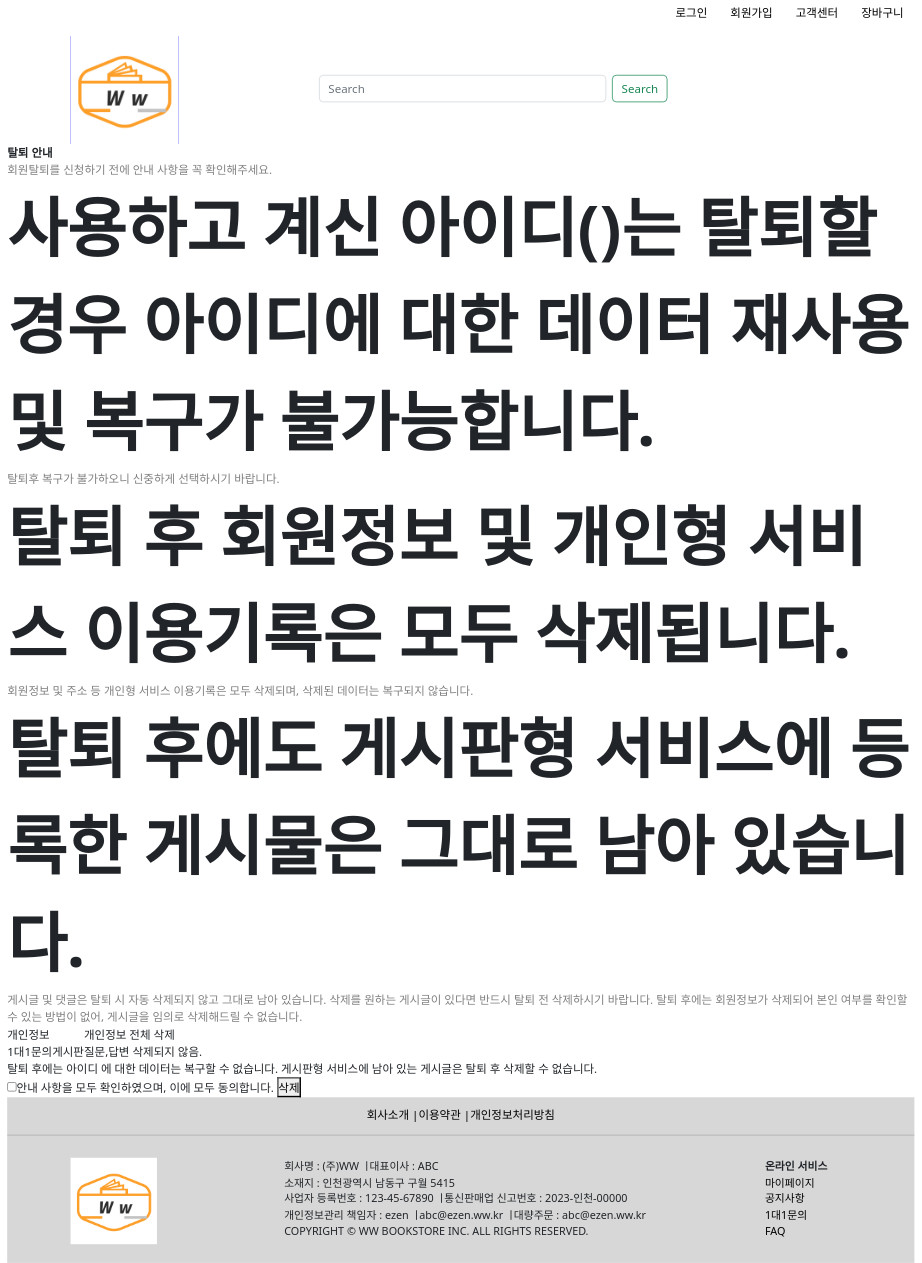
Repository: leehyeonung/project6
Page: http://localhost/book/WEB-INF/views/member/delete.jsp
These files come from the project's save history. The page is drawn as it stood at one moment and after the next save; the edit follows.
The browser window is 1280 px wide. The pictures show the whole page, at 72% of full size.
The page is served by Tomcat 9. Nobody is signed in. Other server files are loaded and not shown. The template is opened directly, without the code that normally fills it, so the values that code supplies are empty.

Above is the page before, as saved 2023-01-06 06:04:34.

### book/src/main/webapp/WEB-INF/views/member/delete.jsp
<%@ page language="java" contentType="text/html; charset=UTF-8"
    pageEncoding="UTF-8"%>
<%@ taglib uri="http://java.sun.com/jsp/jstl/core" prefix="c"%>
<link rel="stylesheet" type="text/css" href="/resources/css/delete.css">

<!DOCTYPE html>
<html>
<head>
<meta charset="UTF-8">
<title>Insert title here</title>
<link rel="stylesheet" type="text/css" href="/resources/css/main.css">
</head>
<body>

<jsp:include page="../layout/header.jsp"></jsp:include>
<div class="main">
<div class="sub">
<strong>
탈퇴 안내
</strong>
</div>
<div class="short">회원탈퇴를 신청하기 전에 안내 사항을 꼭 확인해주세요.</div>
<div class="long">사용하고 계신 아이디(${ses.mem_id})는 탈퇴할 경우 아이디에 대한 데이터 재사용 및 복구가 불가능합니다.</div>
<div class="short">탈퇴후 복구가 불가하오니 신중하게 선택하시기 바랍니다.</div>
<div class="long">탈퇴 후 회원정보 및 개인형 서비스 이용기록은 모두 삭제됩니다.</div>
<div class="short">회원정보 및 주소 등 개인형 서비스 이용기록은 모두 삭제되며, 삭제된 데이터는 복구되지 않습니다.</div>
<div class="long">탈퇴 후에도 게시판형 서비스에 등록한 게시물은 그대로 남아 있습니다.</div>
<div class="short">
게시글 및 댓글은 탈퇴 시 자동 삭제되지 않고 그대로 남아 있습니다.
삭제를 원하는 게시글이 있다면 반드시 탈퇴 전 삭제하시기 바랍니다.
탈퇴 후에는 회원정보가 삭제되어 본인 여부를 확인할 수 있는 방법이 없어, 게시글을 임의로 삭제해드릴 수 없습니다.
</div>
<table>
<tr>
<td>개인정보</td>
<td>개인정보 전체 삭제</td>
</tr>
<tr>
<td>1대1문의게시판</td>
<td>질문,답변 삭제되지 않음.</td>
</tr>
</table>
탈퇴 후에는 아이디 ${ses.mem_id}에 대한 데이터는 복구할 수 없습니다.
게시판형 서비스에 남아 있는 게시글은 탈퇴 후 삭제할 수 없습니다.
<form action="/mem/delete?mem_num=${ses.mem_num}" method="post" >
<input type="checkbox" name="deletecheck" value="okay">안내 사항을 모두 확인하였으며, 이에 모두 동의합니다.
<button type="submit">삭제</button>
</form>
</div>
<jsp:include page="../layout/footer.jsp"></jsp:include>
</body>
</html>

### book/src/main/webapp/WEB-INF/views/layout/header.jsp
<%@ page language="java" contentType="text/html; charset=UTF-8"
    pageEncoding="UTF-8"%>
<%@ taglib uri="http://java.sun.com/jsp/jstl/core" prefix="c"%>
<!DOCTYPE html>
<html>
<head>
<meta charset="UTF-8">
<title>Insert title here</title>
<!-- CSS only -->
<link href="https://cdn.jsdelivr.net/npm/bootstrap@5.2.2/dist/css/bootstrap.min.css"
rel="stylesheet" integrity="sha384-Zenh87qX5JnK2Jl0vWa8Ck2rdkQ2Bzep5IDxbcnCeuOxjzrPF/et3URy9Bv1WTRi"
crossorigin="anonymous">
<link rel="stylesheet" type="text/css" href="/resources/css/header.css">
</head>
<body>

<div class="header">
    <div class="menu">
        <c:if test="${ses.mem_id ==null}">
        <ul><a href="/mem/loginPage">로그인</a></ul>
        <ul><a href="/mem/joinPage">회원가입</a></ul>
        </c:if>
        <c:if test="${ses.mem_id == 'admin' }">
        <ul><a href="/mem/logOut">로그아웃</a></ul>
        <ul><a href="/mem/adminpage">관리인페이지</a></ul>
        </c:if>
        <c:if test="${ses.mem_id !=null && ses.mem_id !='admin' }">
        <ul><a href="/mem/logOut">로그아웃</a></ul>
        <ul><a href="/mem/mypage">마이페이지</a></ul>
        </c:if>
        <ul><a href="#">고객센터</a></ul>
        <ul><a href="#">장바구니</a></ul>
    </div>
    <div class="bar">
       <div class="logo">
         <a href="/"><img src="/resources/image/logo.jpg" alt="로고"></a>
       </div>
         <div class="searchBar">
            <form class="d-flex" role="search">
                 <input class="form-control me-2" type="search" placeholder="Search" aria-label="Search">
                 <button class="btn btn-outline-success" type="submit">Search</button>
              </form>
         </div>
       <div class="icons">
         <a href=""><i class="fa-solid fa-cart-shopping"></i></a>
            <a href=""><i class="fa-solid fa-user"></i></a>
       </div>
    </div>
</div>
</body>
</html>

### book/src/main/webapp/WEB-INF/views/layout/footer.jsp
<%@ page language="java" contentType="text/html; charset=UTF-8"
   pageEncoding="UTF-8"%>
<!DOCTYPE html>
<html>
<head>
<meta charset="UTF-8">
<title>Insert title here</title>
<link rel="stylesheet" type="text/css" href="/resources/css/footer.css">

</head>

<body>
   <div class="footer">
      <div class="footer-top">
         <ul>
            <li><a href="">회사소개 | </a></li>
            <li><a href="">이용약관 | </a></li>
            <li><a href="">개인정보처리방침</a></li>
         </ul>
      </div>
      <hr>
      <div class="address">
         <div class="footer-logo">
            <img src="/resources/image/logo.jpg" alt="로고">
         </div>
         <div class="address-box">
            <ul>
               <li>회사명 : (주)WW <span style="margin-right: -7px;">ㅣ</span>
                  대표이사 : ABC
               </li>

               <li>소재지 : 인천광역시 남동구 구월 5415</li>
               <li>사업자 등록번호 : 123-45-67890 <span style="margin-right: -7px;">ㅣ</span>
                  통신판매업 신고번호 : 2023-인천-00000
               </li>

               <li>개인정보관리 책임자 : ezen <span style="margin-right: -7px;">ㅣ</span>
                  abc@ezen.ww.kr <span style="margin-right: -7px;">ㅣ</span> 대량주문 :
                  abc@ezen.ww.kr
               </li>

               <li>COPYRIGHT © WW BOOKSTORE INC. ALL RIGHTS RESERVED.</li>

            </ul>

         </div>
         <div class="online-serviceBar">
            <strong>온라인 서비스</strong>
            <ul>
               <li><a href="">마이페이지</a></li>
               <li><a href="">공지사항</a></li>
               <li><a href="">1대1문의</a></li>
               <li><a href="">FAQ</a></li>
            </ul>
         </div>
      </div>
   </div>

</body>
</html>

### book/src/main/webapp/resources/css/delete.css
@charset "UTF-8";

.main{
	margin: 0px 196px;
}

.info{
	font-size:50px;
	font-weight:900;
}
.long{
	font-size:90px;
	font-weight:900;
}

.short{
	color: gray;
}

### book/src/main/webapp/resources/css/main.css
@charset "UTF-8";

.main{
	width:1260px;
	margin: 0 auto;
}

### book/src/main/webapp/resources/css/header.css
@charset "UTF-8";
*{
	margin: 0px;
	padding: 0px;
}
.header{
    width: 1260px;
    height: 200px;
   /*  background-color: pink; */
}
.menu{
   display: flex;
   justify-content: flex-end;
   padding:5px;

}
.logo{
    width: 150px;
    height: 150px;
    background-color: blue;
}
.logo>a>img{
    width: 150px;
    height: 150px;
}
.searchBar{
   /* position:absolute; */
    width: 484px;
    height: 42px;
    /* background-color: gold; */
    margin-top:54px;
    border-radius: 30px;

}
.bar{

   height: 150px;
   display: flex;
   flex-direction: row;
   flex-wrap:nowrap;
   justify-content:space-around;
/*    align-items: baseline; */


}
i{
    font-size: 42px;
    color: black;
    margin-top:54px;
    margin-right: 20px;
}

### book/src/main/webapp/resources/css/footer.css
@charset "UTF-8";
.footer {
   width: 1260px;
   height: 230px;
   background-color: rgba(175, 175, 175, 0.5);
   margin: 0 auto;
}

.footer-logo {

   width: 120px;
   height: 120px;
   background-color: beige;
}
.footer-logo>img{
   width: 120px;
   height: 120px;
}

.address-box {
   text-align: left;
   padding: 0;
   margin: 0;
}

.address {
   padding: 15px;
   height: 150px;
   display: flex;
   font-size: 15px;
   /* align-items: baseline; */
   flex-direction: row;
   flex-wrap: nowrap;
   justify-content: space-around;
}

ul {
   list-style: none;
}

.footer, .address li {

}

.footer-top {
   text-align: center;
   padding-top: 12px;
}

.footer-top>ul {
   margin: 0;
   padding: 0;
   display: flex;
   justify-content: center;
}

.footer-top>li {
   margin: 0;
   padding: 0;
}

a {
   text-decoration-line: none;
   color: black;
}

a:visited {
   text-decoration: none;
}

a:hover {
   text-decoration: none;
}

a:focus {
   text-decoration: none;
}

a:hover, a:active {
   text-decoration: none;
}

.online-serviceBar {
   padding: 0px;
   margin-left: 20px;
   width: 120px;
   height: 120px;
}

.online-serviceBar>ul {
   margin: 0px;
   padding: 0px;
}

After the next save:
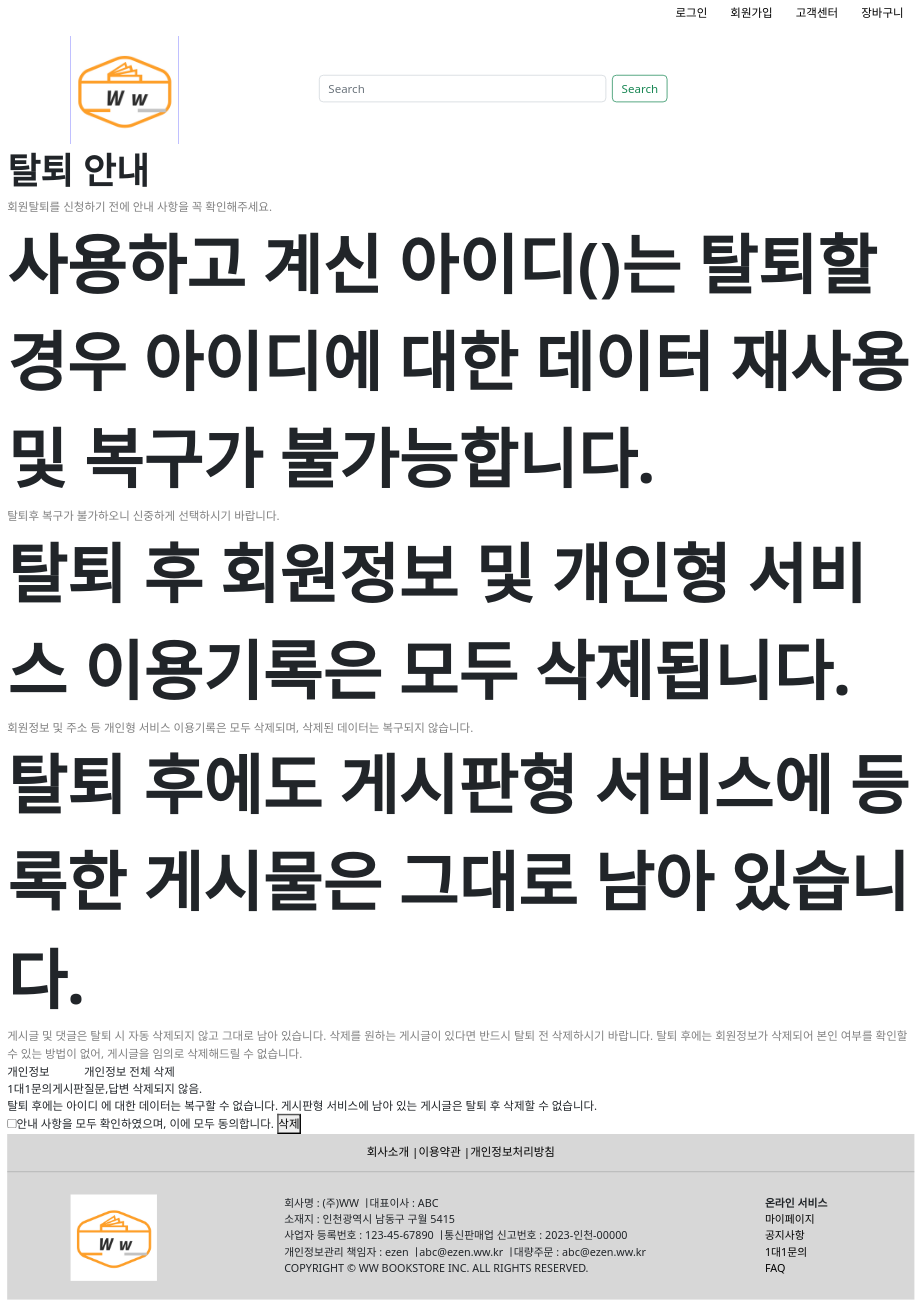
Saved 5 s later.
--- a/book/src/main/webapp/WEB-INF/views/member/delete.jsp
+++ b/book/src/main/webapp/WEB-INF/views/member/delete.jsp
@@ -14,10 +14,8 @@
 
 <jsp:include page="../layout/header.jsp"></jsp:include>
 <div class="main">
-<div class="sub">
-<strong>
+<div class="info">
 탈퇴 안내
-</strong>
 </div>
 <div class="short">회원탈퇴를 신청하기 전에 안내 사항을 꼭 확인해주세요.</div>
 <div class="long">사용하고 계신 아이디(${ses.mem_id})는 탈퇴할 경우 아이디에 대한 데이터 재사용 및 복구가 불가능합니다.</div>
